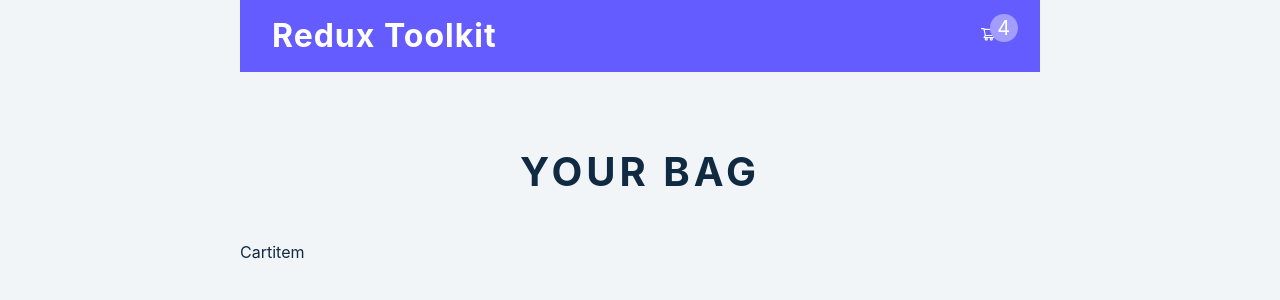
Repository: Nurlan-Bakenbaev/ReduxToolit
Page: /
The author's editor kept a copy of each file at every save. The page is drawn from the files as they stood at one save, then again after a run of saves.
The browser window is 1280 px wide. The pictures show the whole page.
The project was rebuilt for these pictures with package versions that can differ from the ones it lists, and the page was loaded fresh each time.

Above is the page before, as saved 2023-11-08 16:40:43.

After the next 14 saves:
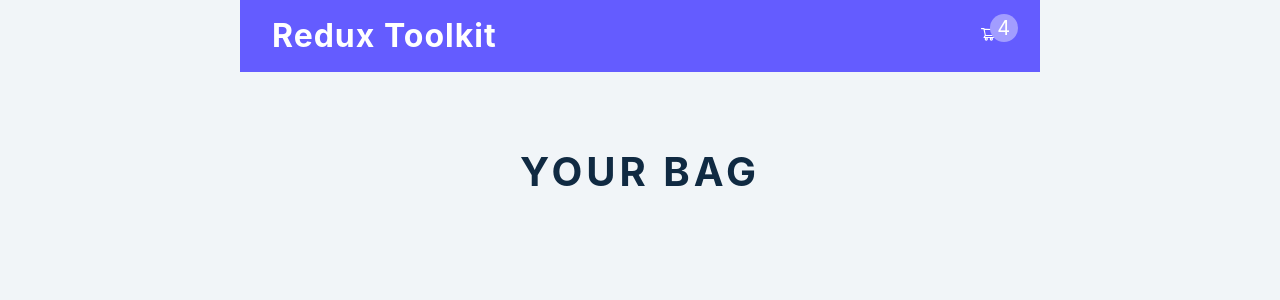
The 14 saves are shown as one change because 4 did not build or start and some came seconds apart.
The last was saved 98 s later.
--- a/src/components/CartContainer.js
+++ b/src/components/CartContainer.js
@@ -1,6 +1,6 @@
 import React from "react";
-import Cartitem from "./Cartitem";
 import { useSelector } from "react-redux";
+import cartItems from "../cartItems";
 
 const CartContainer = () => {
   const { cartitem, total, amount } = useSelector((state) => state.cart);
@@ -19,7 +19,9 @@
       <header>
         <h2>Your bag</h2>
       </header>
-      <Cartitem />
+      {cartItems.map((cart)=>(
+        <h1></h1>
+      )) }
     </section>
   );
 };
